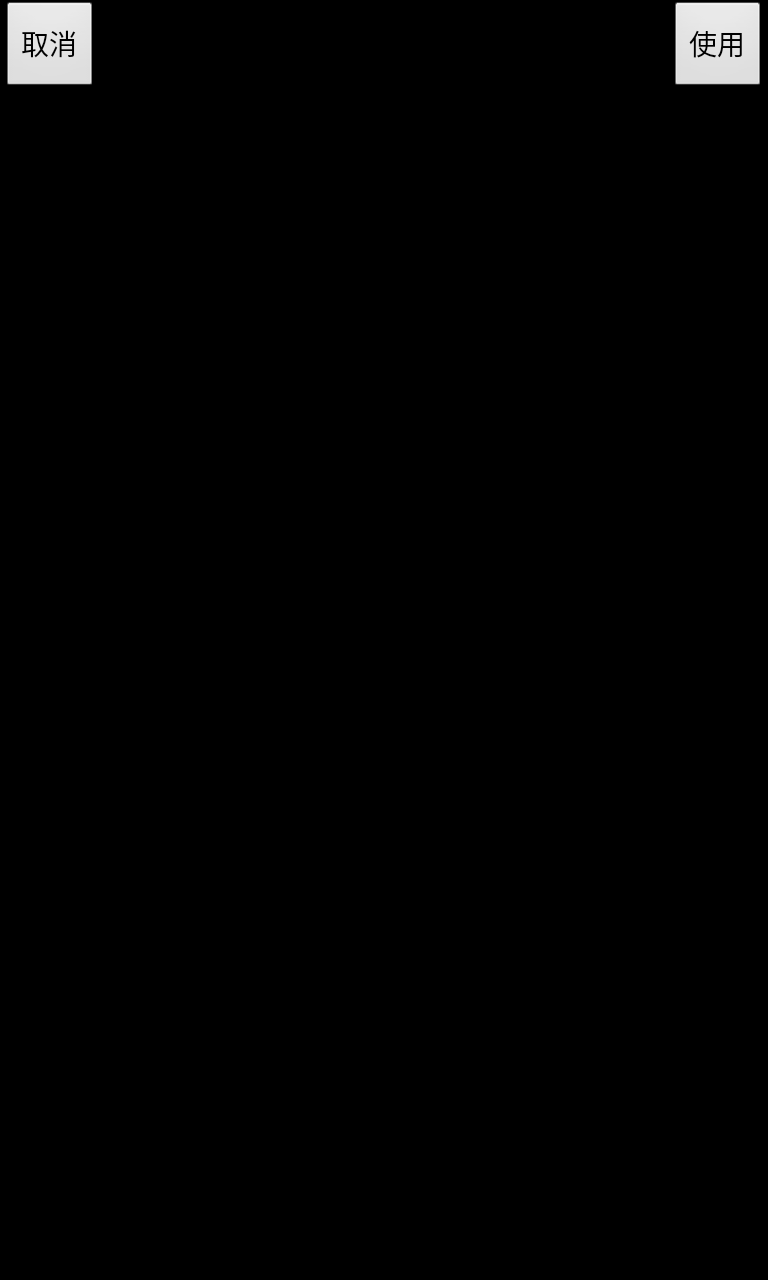
Repository: ligl/YuZhong
Layout: YuZhong/res/layout/image_crop.xml
The author's editor kept a copy of each file at every save. The layout is drawn from the files as they stood at one save, then again after a run of saves.
Pictures or frames that could not be fetched are drawn as grey boxes. It is drawn on a 768 x 1280 px phone screen (xhdpi) without system bars, with theme android:Theme.Black.NoTitleBar; the app's code is not run.

Above is the layout before, as saved 2012-08-04 19:12:18.

### YuZhong/res/layout/image_crop.xml
<?xml version="1.0" encoding="utf-8"?>
<FrameLayout xmlns:android="http://schemas.android.com/apk/res/android"
    android:layout_width="match_parent"
    android:layout_height="match_parent"
    android:orientation="vertical" >

    <RelativeLayout
        android:layout_width="match_parent"
        android:layout_height="wrap_content"
        android:layout_gravity="top" >

        <Button
            android:layout_width="wrap_content"
            android:layout_height="wrap_content"
            android:layout_alignParentLeft="true"
            android:onClick="onCancelClick"
            android:text="取消" />

        <Button
            android:layout_width="wrap_content"
            android:layout_height="wrap_content"
            android:layout_alignParentRight="true"
            android:onClick="onDoneClick"
            android:text="使用" />
    </RelativeLayout>

</FrameLayout>

After the next 2 saves:
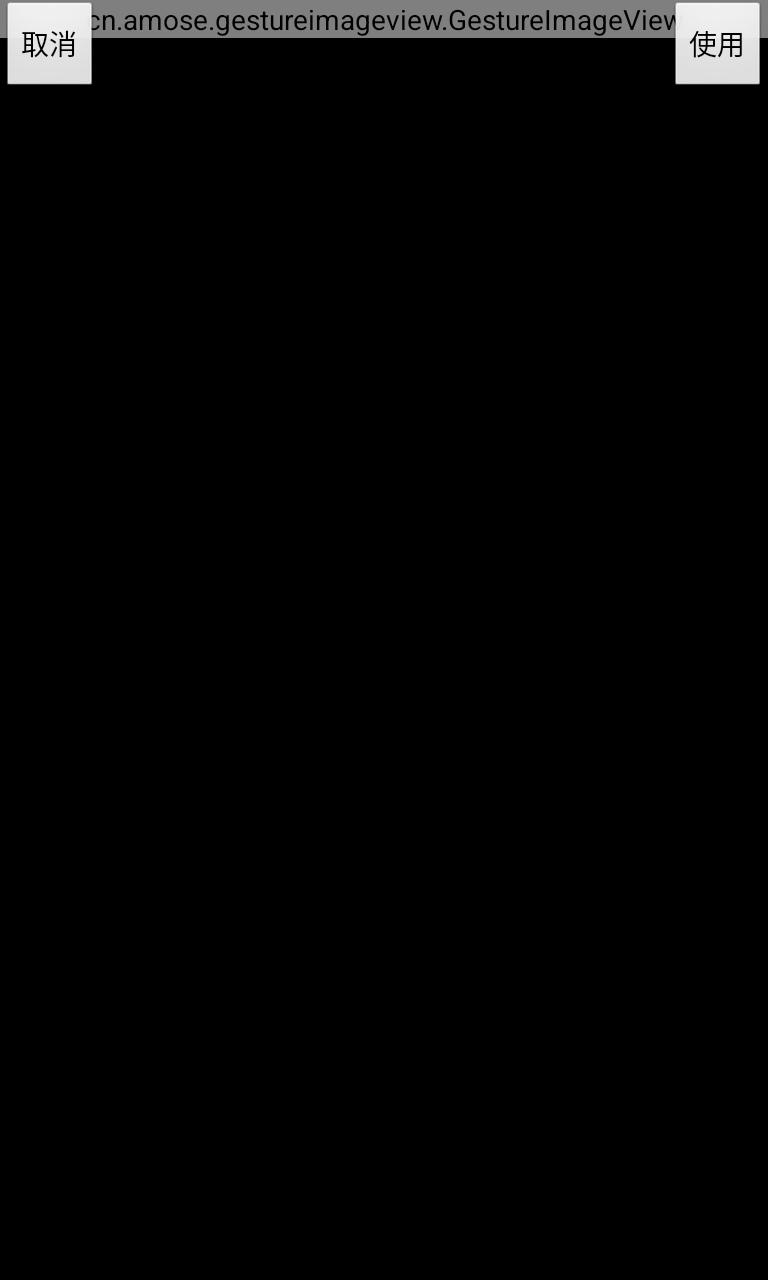
The 2 saves are shown as one change because 1 did not build or start.
The last was saved 2 min 30 s later.
--- a/YuZhong/res/layout/image_crop.xml
+++ b/YuZhong/res/layout/image_crop.xml
@@ -1,8 +1,17 @@
 <?xml version="1.0" encoding="utf-8"?>
 <FrameLayout xmlns:android="http://schemas.android.com/apk/res/android"
+    xmlns:gesture-image="http://schemas.android.com/apk/res/cn.amose.yuzhong"
     android:layout_width="match_parent"
     android:layout_height="match_parent"
     android:orientation="vertical" >
+
+    <cn.amose.gestureimageview.GestureImageView
+        android:id="@+id/image"
+        android:layout_width="fill_parent"
+        android:layout_height="wrap_content"
+        android:src="@drawable/image"
+        gesture-image:max-scale="10.0"
+        gesture-image:min-scale="0.75" />
 
     <RelativeLayout
         android:layout_width="match_parent"
